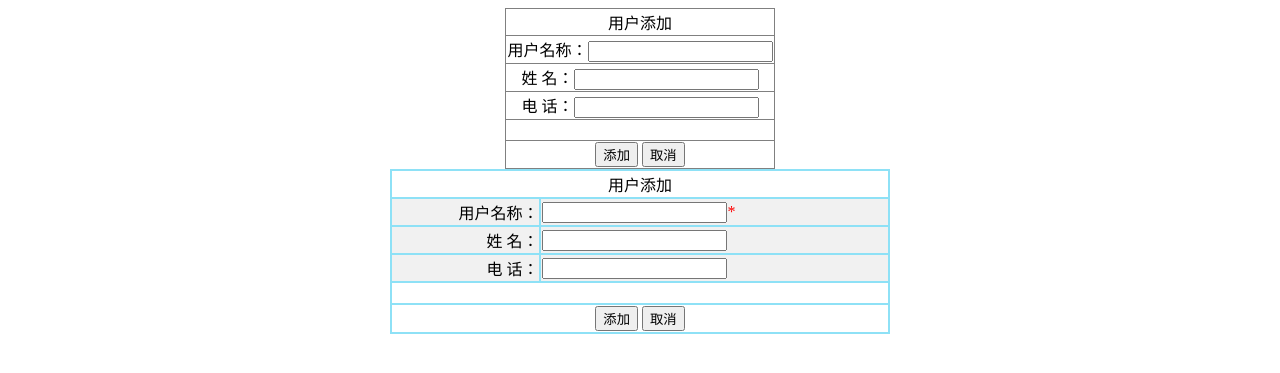
Repository: yuxingyan/OneCrewFlour
Page: http://localhost/Flour/adduser.jsp
The author's editor kept a copy of each file at every save. The page is drawn from the files as they stood at one save, then again after the next save.
The browser window is 1280 px wide. The pictures show the whole page.
The page is served by Tomcat 9. Nobody is signed in. The application's start-up code is not run. Other server files are loaded and not shown.

Above is the page before, as saved 2018-01-10 16:22:11.

### Flour/WebRoot/adduser.jsp
<%@ page language="java" import="java.util.*" pageEncoding="utf-8"%>
<%
String path = request.getContextPath();
String basePath = request.getScheme()+"://"+request.getServerName()+":"+request.getServerPort()+path+"/";
%>

<!DOCTYPE HTML PUBLIC "-//W3C//DTD HTML 4.01 Transitional//EN">
<html>
  <head>
    <base href="<%=basePath%>">

    <title>My JSP 'adduser.jsp' starting page</title>

	<meta http-equiv="pragma" content="no-cache">
	<meta http-equiv="cache-control" content="no-cache">
	<meta http-equiv="expires" content="0">
	<meta http-equiv="keywords" content="keyword1,keyword2,keyword3">
	<meta http-equiv="description" content="This is my page">
	<!--
	<link rel="stylesheet" type="text/css" href="styles.css">
	-->
 <script type="text/javascript">
   function Check(){

   var n1=document.getElementById("name1").value;
   var n2=document.getElementById("name2").value;
   var te=document.getElementById("tel").value;

   var erroring="";

  if(n1==""||n1==null){
  erroring+="无效的用户名!"+'\n';
  }
  if(n2==""||n1==null){
  erroring+="无效的姓名!"+'\n';
  }if(te==""||te==null){
  erroring+="无效的手机号!"+'\n';
  }

  if(erroring.length!=0){
  alert(erroring);
  return false;


  }else{
     document.form1.submit();

  }



 }

   </script>
  </head>

  <body>
  <center>
  <form id="form1" name="form1" action="adduser">
   <table  border="1" style="border-collapse:collapse" >
   <tr>
   <td    align="center"  >用户添加 </td>

   </tr>
   <tr>
   <td align="center"> 用户名称：<input id="name1"  type="text" name="user.username" /> </td>

   </tr>
   <tr>
   <td align="center"> 姓        名：<input id="name2" type="text" name="user.name" /></td>

   </tr>
   <tr>
   <td align="center"> 电       话：<input id="tel" type="text" name="user.phone" /></td>

   </tr>
   <tr>
   <td >&nbsp </td>

   </tr>
   </tr>
   <tr>
   <td align="center"> <input type="button" onclick="Check();"  value="添加" />  <button  type="button"   />取消 </td>

   </tr>



   </table>
   <table  border="1" cellspacing="0" width="500px"  bordercolor="#8EE1F6">
   <tr>
   <td align="center"  colspan="2">用户添加 </td>

   </tr>
   <tr>
   <td  width="30%"align="right" nowrap="nowrap" bgcolor="#f1f1f1">用户名称：</td>
   <td bgcolor="#f1f1f1"><input id="name1" type="text" name="user.username" value=""/><span style="color:red">*</span> </td>

   </tr>
   <tr>
   <td  width="30%" align="right" nowrap="nowrap" bgcolor="#f1f1f1">姓        名：</td>
   <td  bgcolor="#f1f1f1"> <input id="name2" type="text" name="user.name" value=""/></td>

   </tr>
   <tr>
   <td  width="30%"align="right" nowrap="nowrap" bgcolor="#f1f1f1">电       话：</td>
   <td  bgcolor="#f1f1f1"> <input id="tel" type="text" name="user.phone" value=""/></td>

   </tr>
   <tr>
   <td colspan="2">&nbsp </td>

   </tr>

   <tr><td align="center" colspan="2" >
  <input type="button" onclick="Check();"  value="添加" />
   <button  type="button" >取消</button>
   </td>
   </tr>



   </table>
   </form>
  </body>
</html>

After the next save:
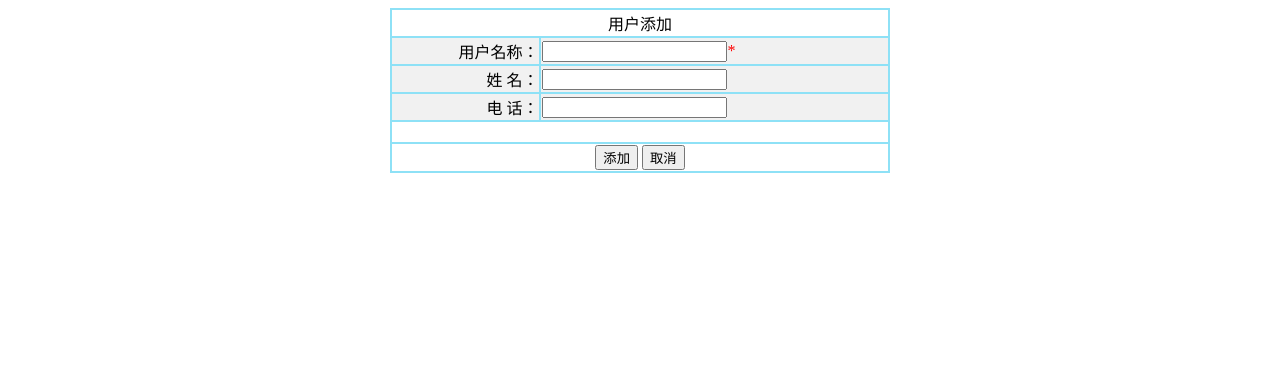
Saved 9 s later.
--- a/Flour/WebRoot/adduser.jsp
+++ b/Flour/WebRoot/adduser.jsp
@@ -57,36 +57,7 @@ String basePath = request.getScheme()+"://"+request.getServerName()+":"+request.
   <body>
   <center>
   <form id="form1" name="form1" action="adduser">
-   <table  border="1" style="border-collapse:collapse" >
-   <tr>
-   <td    align="center"  >用户添加 </td>
 
-   </tr>
-   <tr>
-   <td align="center"> 用户名称：<input id="name1"  type="text" name="user.username" /> </td>
-
-   </tr>
-   <tr>
-   <td align="center"> 姓        名：<input id="name2" type="text" name="user.name" /></td>
-
-   </tr>
-   <tr>
-   <td align="center"> 电       话：<input id="tel" type="text" name="user.phone" /></td>
-
-   </tr>
-   <tr>
-   <td >&nbsp </td>
-
-   </tr>
-   </tr>
-   <tr>
-   <td align="center"> <input type="button" onclick="Check();"  value="添加" />  <button  type="button"   />取消 </td>
-
-   </tr>
-
-
-
-   </table>
    <table  border="1" cellspacing="0" width="500px"  bordercolor="#8EE1F6">
    <tr>
    <td align="center"  colspan="2">用户添加 </td>
